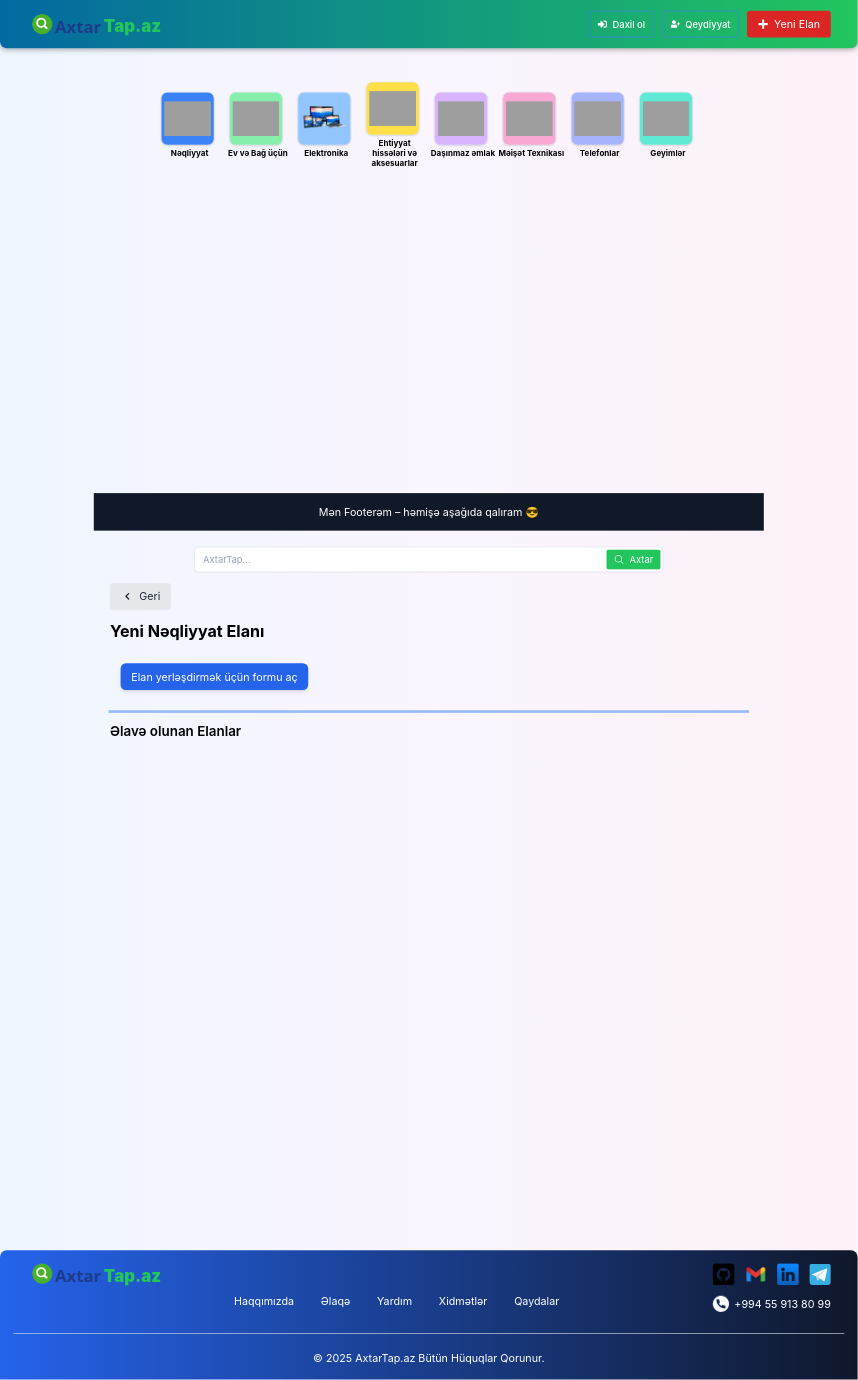
Repository: Omur56/AxtarTap.az
Page: /Katalog/Nəqliyyat
These files come from the project's save history. The page is drawn as it stood at one moment and after a run of saves; the edit follows.
The browser window is 1280 px wide. The pictures show the whole page, at 67% of full size.
Pictures or frames that could not be fetched are drawn as grey boxes. The page's requests for data from a server got no answer. The project was rebuilt for these pictures with package versions that can differ from the ones it lists, and the page was loaded fresh each time. Some packages were replaced by stand-ins written for this rebuild. No one was signed in, and anything a server would have sent is missing. Also part of the build but not shown: src/pages/About/index.jsx, src/pages/Contact/index.jsx, src/pages/Qaydalar/index.jsx, src/pages/Yardım/index.jsx, src/pages/Xidmetler/index.jsx, src/pages/Home/index.jsx, src/components/CreatePostHome/index.jsx, src/pages/Katalog/Ev_veBag/index.jsx and 29 more.

Above is the page before, as saved 2025-08-21 20:10:38.

After the next 2 saves:
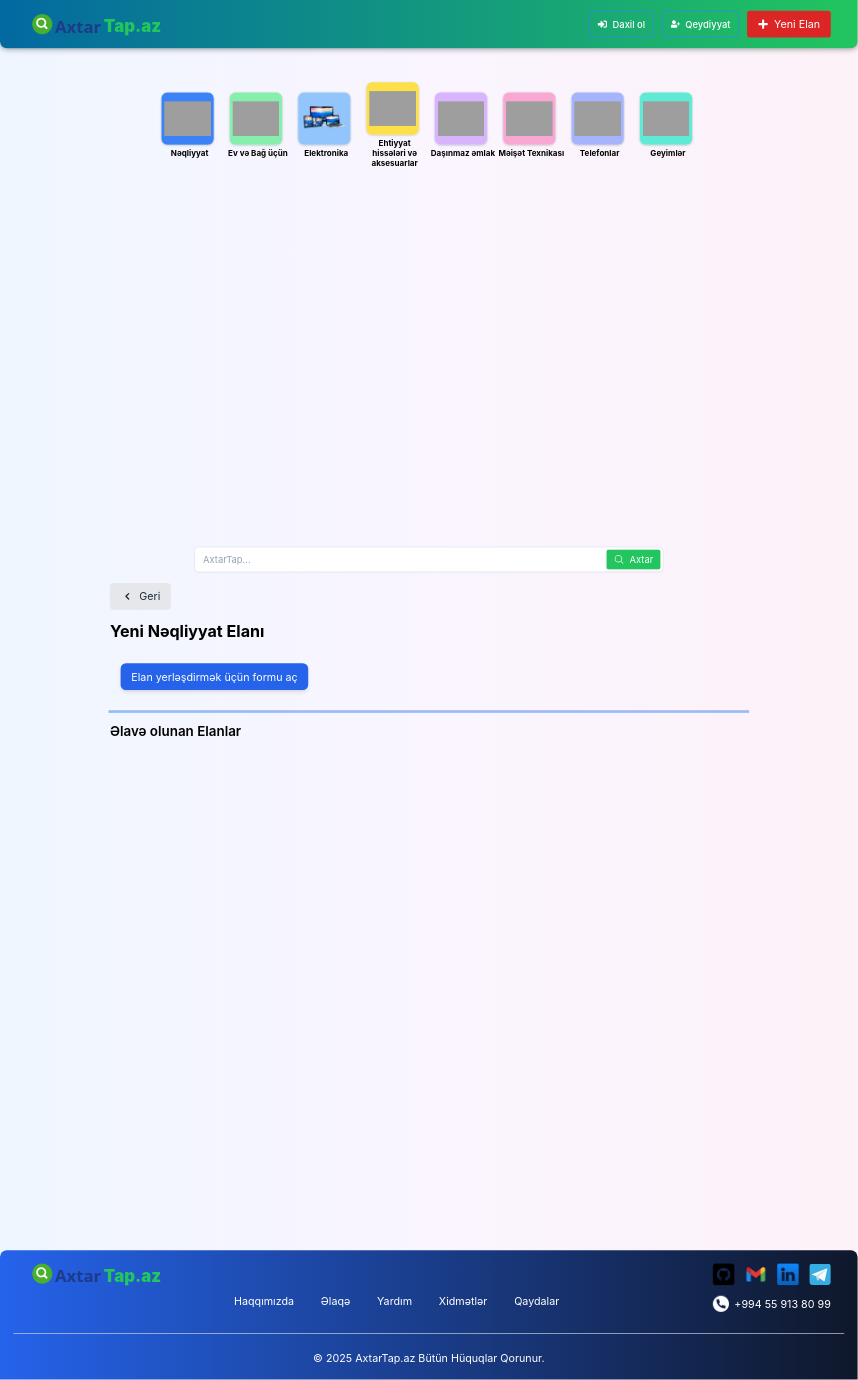
The 2 saves are shown as one change because they came seconds apart.
The last was saved 23 s later.
--- a/src/pages/Katalog/index.jsx
+++ b/src/pages/Katalog/index.jsx
@@ -118,10 +118,6 @@ const Katalog = () => {
         </div>
       </div>
 
-      {/* Footer həmişə aşağıda */}
-      <footer className="bg-gray-900 text-white text-center py-4">
-        Mən Footerəm – həmişə aşağıda qalıram 😎
-      </footer>
     </div>
   );
 };
